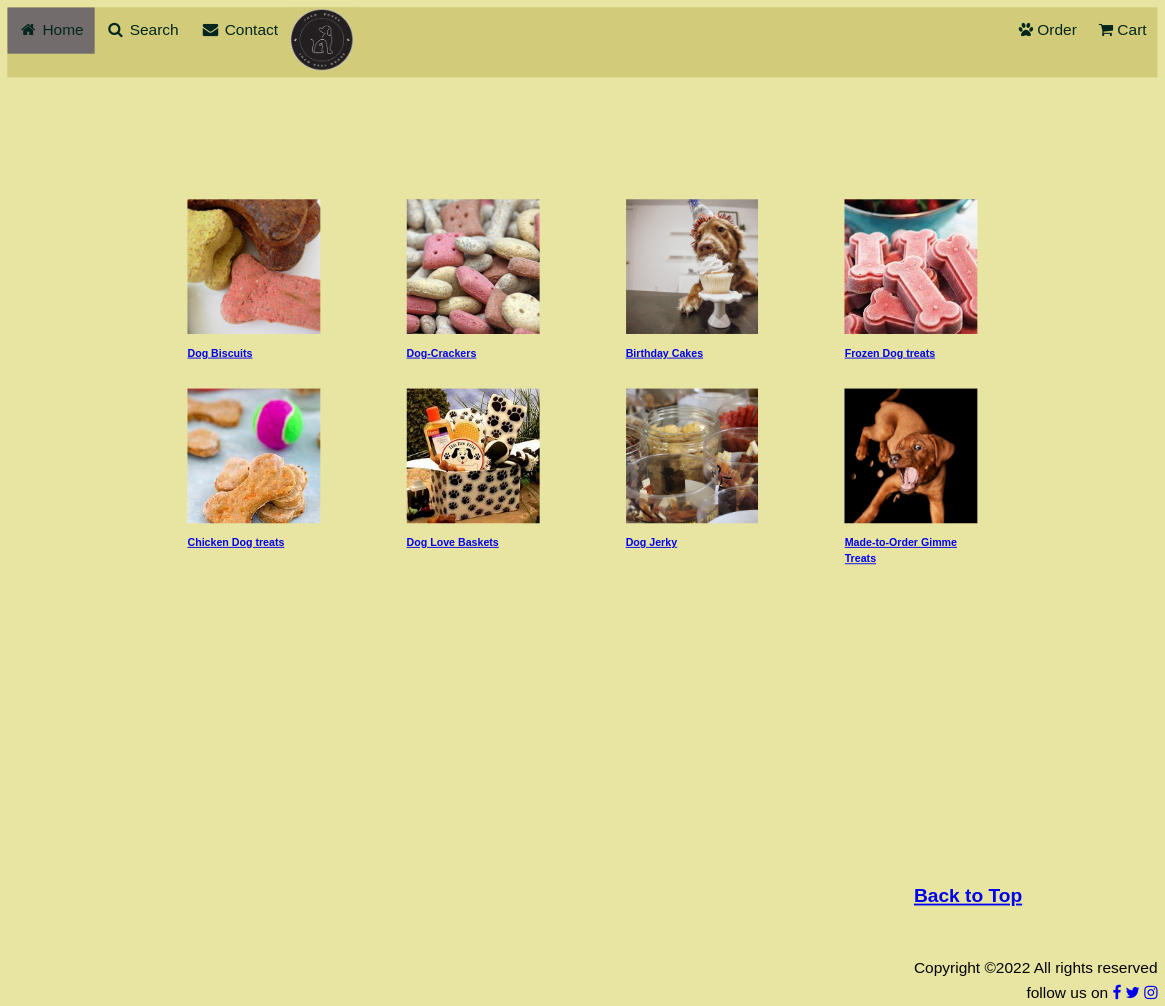
Repository: vgoins-RA2022/HTML-1
Page: index.html
The author's editor kept a copy of each file at every save. The page is drawn from the files as they stood at one save, then again after the next save.
The browser window is 1280 px wide. The pictures show the whole page, at 91% of full size.

Above is the page before, as saved 2023-01-21 19:59:16.

After the next save:
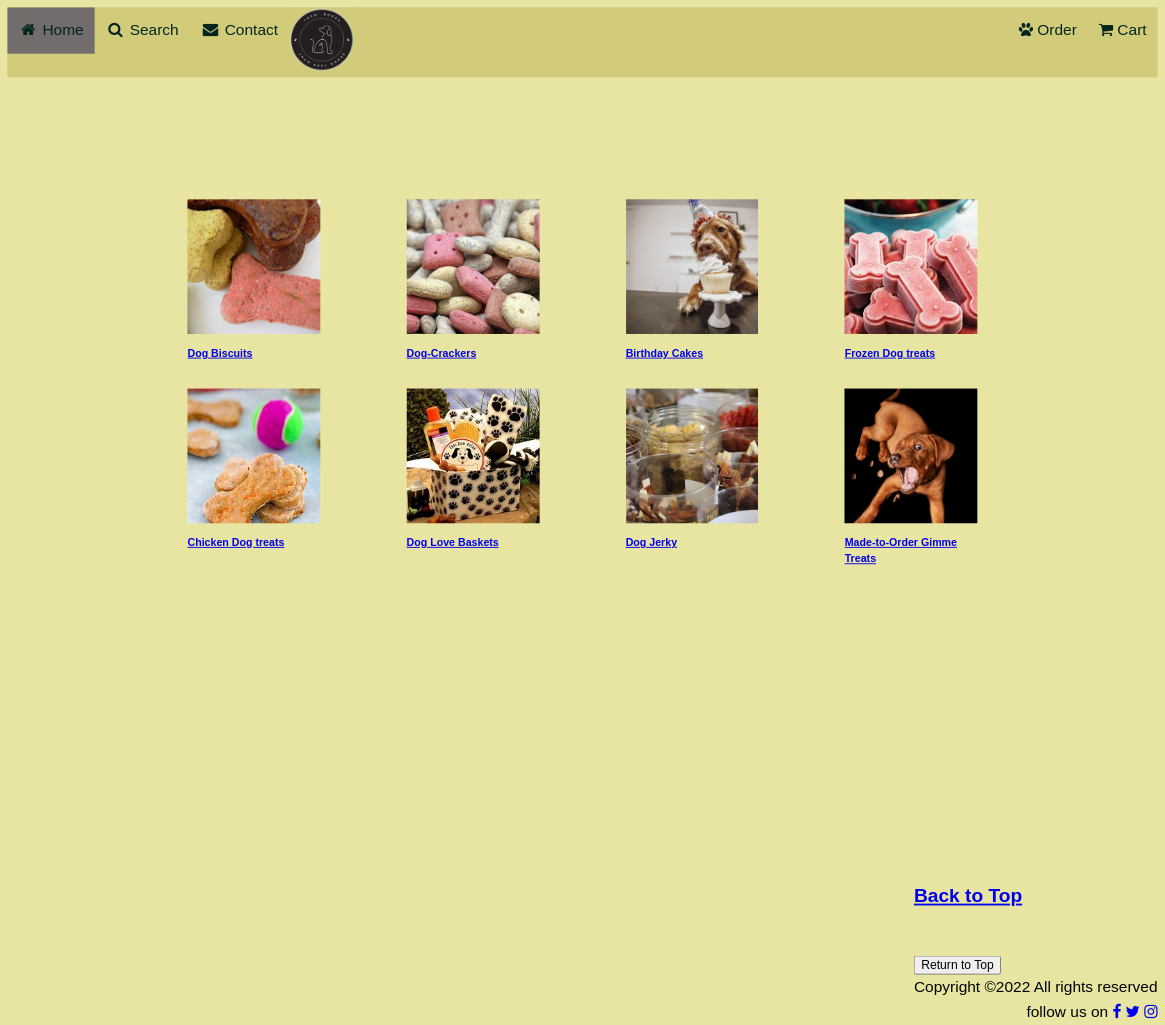
Saved 8 min 37 s later.
--- a/index.html
+++ b/index.html
@@ -89,6 +89,7 @@
   <!-- <div> id="footer"</div>  footer id attribute -->
 
   <!-- setup navigator bar in the footer of copywright and social media icons -->
+  <button id="return-to-top">Return to Top</button>
 
   <div class="navbar-footer">
     <div class="row">
